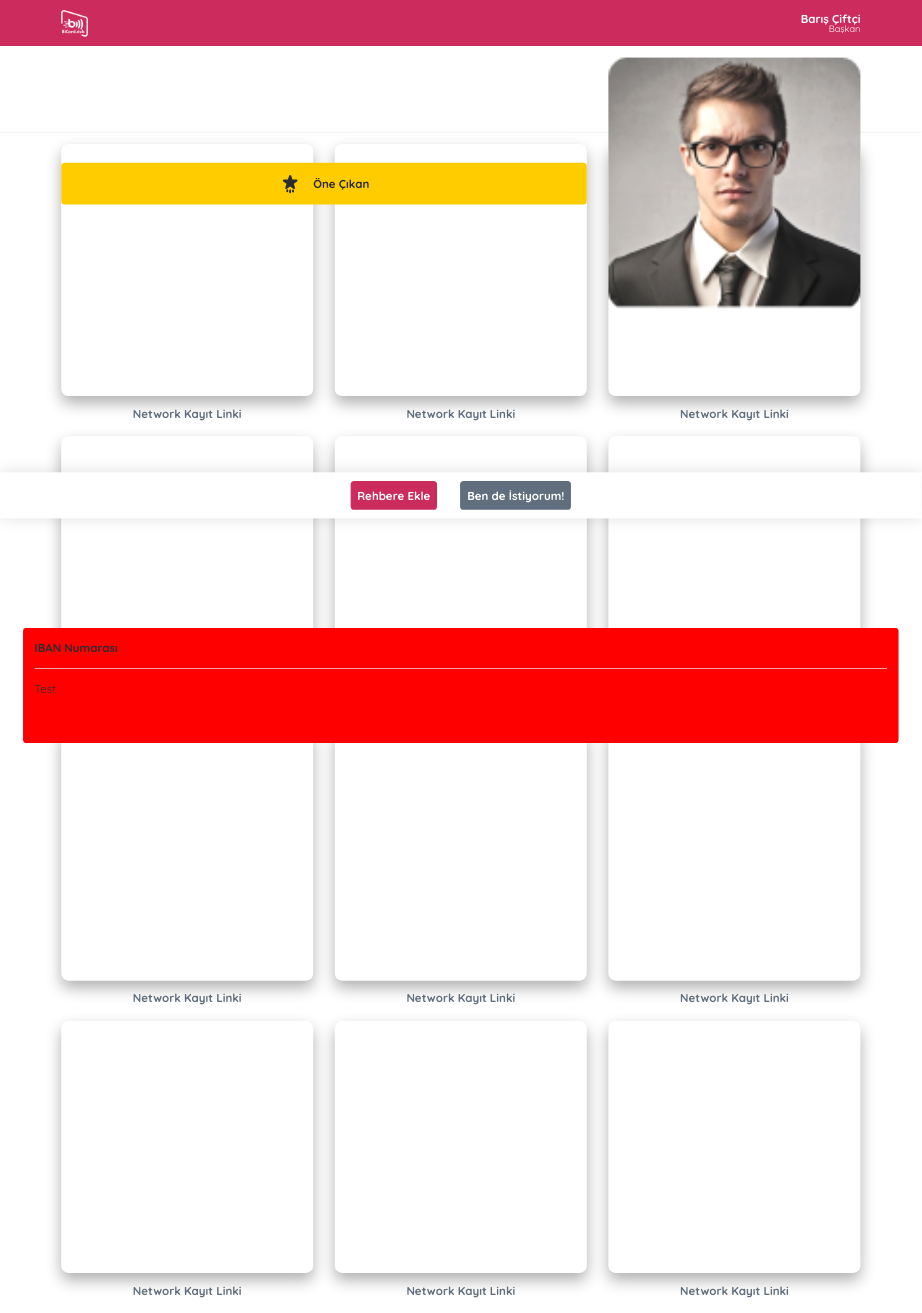
Repository: KayahanKahriman/bicard
Page: index.html
The author's editor kept a copy of each file at every save. The page is drawn from the files as they stood at one save, then again after the next save.
The browser window is 1280 px wide. The pictures show the whole page, at 72% of full size.
The style sheet was rebuilt from its Sass, Less or Tailwind sources for each picture, by a compiler version that may differ from the author's.

Above is the page before, as saved 2021-12-02 09:59:06.

### index.html
<!doctype html>
<html>

<head>
    <meta name="viewport" content="width=device-width, initial-scale=1, maximum-scale=1, user-scalable=no">
    <meta charset="utf-8" />
    <title>Title</title>
    <link rel="preconnect" href="https://fonts.googleapis.com">
    <link rel="preconnect" href="https://fonts.gstatic.com" crossorigin>
    <link href="https://fonts.googleapis.com/css2?family=Quicksand:wght@400;500;700&display=swap" rel="stylesheet">
    <link href="./assets/css/style.css" type="text/css" rel="stylesheet" />
</head>

<body>
    <header id="app-bar">
        <div class="container h-100">
            <div class="row h-100 align-items-center justify-content-between">
                <div class="col-1">
                    <img src="./assets/images/logo.png" alt="">
                </div>
                <div class="col-11">
                    <div id="app-bar-right">
                        <p id="person-name">Barış Çiftçi</p>
                        <p id="person-title">Başkan</p>
                    </div>
                </div>
            </div>
        </div>
    </header>

    <section id="profile" class="py-3">
        <div class="container">
            <div class="row align-items-center justify-content-center text-center">
                <div class="col-8">
                    <a href="#" class="button jumbo-button button-has-icon"><img src="./assets/images/ranking.svg" alt="">Öne Çıkan</a>
                </div>
                <div class="col-4">
                    <img class="img-contain" src="./assets/images/avatar.png" alt="">
                </div>
            </div>
        </div>
    </section>

    <section id="icon-grid" class="py-3">
        <div class="container">
            <div class="row">
                <div class="col-4 mb-4">
                    <div class="icon-grid-item" style="background-color: #ffffff;">
                        <div class="icon-grid-item-icon">
                            <a data-fancybox href="#test">
                                <img src="./assets/images/user-add.png" alt="">
                            </a>
                        </div>
                        <div class="icon-grid-item-title">
                            Network Kayıt Linki
                        </div>
                    </div>
                </div>
                <div class="col-4 mb-4">
                    <div class="icon-grid-item">
                        <div class="icon-grid-item-icon">
                            <a href="#">
                                <img src="./assets/images/user-add.png" alt="">
                            </a>
                        </div>
                        <div class="icon-grid-item-title">
                            Network Kayıt Linki
                        </div>
                    </div>
                </div>
                <div class="col-4 mb-4">
                    <div class="icon-grid-item">
                        <div class="icon-grid-item-icon">
                            <a href="#">
                                <img src="./assets/images/user-add.png" alt="">
                            </a>
                        </div>
                        <div class="icon-grid-item-title">
                            Network Kayıt Linki
                        </div>
                    </div>
                </div>
                <div class="col-4 mb-4">
                    <div class="icon-grid-item">
                        <div class="icon-grid-item-icon">
                            <a href="#">
                                <img src="./assets/images/user-add.png" alt="">
                            </a>
                        </div>
                        <div class="icon-grid-item-title">
                            Network Kayıt Linki
                        </div>
                    </div>
                </div>
                <div class="col-4 mb-4">
                    <div class="icon-grid-item">
                        <div class="icon-grid-item-icon">
                            <a href="#">
                                <img src="./assets/images/user-add.png" alt="">
                            </a>
                        </div>
                        <div class="icon-grid-item-title">
                            Network Kayıt Linki
                        </div>
                    </div>
                </div>
                <div class="col-4 mb-4">
                    <div class="icon-grid-item">
                        <div class="icon-grid-item-icon">
                            <a href="#">
                                <img src="./assets/images/user-add.png" alt="">
                            </a>
                        </div>
                        <div class="icon-grid-item-title">
                            Network Kayıt Linki
                        </div>
                    </div>
                </div>
                <div class="col-4 mb-4">
                    <div class="icon-grid-item">
                        <div class="icon-grid-item-icon">
                            <a href="#">
                                <img src="./assets/images/user-add.png" alt="">
                            </a>
                        </div>
                        <div class="icon-grid-item-title">
                            Network Kayıt Linki
                        </div>
                    </div>
                </div>
                <div class="col-4 mb-4">
                    <div class="icon-grid-item">
                        <div class="icon-grid-item-icon">
                            <a href="#">
                                <img src="./assets/images/user-add.png" alt="">
                            </a>
                        </div>
                        <div class="icon-grid-item-title">
                            Network Kayıt Linki
                        </div>
                    </div>
                </div>
                <div class="col-4 mb-4">
                    <div class="icon-grid-item">
                        <div class="icon-grid-item-icon">
                            <a href="#">
                                <img src="./assets/images/user-add.png" alt="">
                            </a>
                        </div>
                        <div class="icon-grid-item-title">
                            Network Kayıt Linki
                        </div>
                    </div>
                </div>
                <div class="col-4 mb-4">
                    <div class="icon-grid-item">
                        <div class="icon-grid-item-icon">
                            <a href="#">
                                <img src="./assets/images/user-add.png" alt="">
                            </a>
                        </div>
                        <div class="icon-grid-item-title">
                            Network Kayıt Linki
                        </div>
                    </div>
                </div>
                <div class="col-4 mb-4">
                    <div class="icon-grid-item">
                        <div class="icon-grid-item-icon">
                            <a href="#">
                                <img src="./assets/images/user-add.png" alt="">
                            </a>
                        </div>
                        <div class="icon-grid-item-title">
                            Network Kayıt Linki
                        </div>
                    </div>
                </div>
                <div class="col-4 mb-4">
                    <div class="icon-grid-item">
                        <div class="icon-grid-item-icon">
                            <a href="#">
                                <img src="./assets/images/user-add.png" alt="">
                            </a>
                        </div>
                        <div class="icon-grid-item-title">
                            Network Kayıt Linki
                        </div>
                    </div>
                </div>
            </div>
        </div>
    </section>

    <section id="fixed-buttons">
        <a class="button primary-button" href="#">Rehbere Ekle</a>
        <a class="button dark-button" href="#">Ben de İstiyorum!</a>
    </section>

    <section id="inline-content" class="hide-content">
        <div id="modal-title">
            <strong>IBAN Numarası</strong>
        </div>
        <div id="modal-content">
            Test
        </div>
    </section>

    <script src="https://unpkg.com/swiper/swiper-bundle.min.js"></script>
    <script type="text/javascript" src="assets/js/index.js"></script>
</body>

</html>

### assets/scss/style.scss
@import "main";

#app-bar {
  background-color: var(--primary-color);
  height: var(--app-bar-height);
  width: 100%;
  color: white;
  position: fixed;
  top: 0;
  left: 0;
  z-index: 3;

  #person-name,
  #person-title {
    line-height: 1;
    text-align: right;
    margin-bottom: 0;
  }

  #person-name {
    font-weight: 600;
  }

  #person-title {
    font-size: 0.8em;
  }
}

#profile {
  background-color: white;
  position: relative;
  top: var(--app-bar-height);
  position: sticky;
  width: 100%;
  height: var(--profile-height);
  border-bottom: 1px solid var(--border-color);
  z-index: 3;
}

#icon-grid {
  position: relative;
  top: var(--app-bar-height);
  height: calc(
    100vh - var(--app-bar-height) + var(--fixed-buttons-height) +
      var(--app-bar-height)
  );
}

#fixed-buttons {
  bottom: 0;
  left: 0;
  width: 100%;
  position: fixed;
  background-color: white;
  height: var(--fixed-buttons-height);
  z-index: 3;
  box-shadow: 0 0 20px #00000020;
  display: flex;
  align-items: center;
  justify-content: center;
  column-gap: 2em;
}

#inline-content {
  position: fixed;
  bottom: 0.5em;
  width: 95%;
  left: 50%;
  transform: translateX(-50%);
  border-radius: 5px;
  background-color: white;
  padding: 1em;
  height: 10em;
  z-index: 5;
  transition: all 0.3s ease-in-out;

  #modal-title {
    border-bottom: 1px solid var(--border-color);
    padding-bottom: 1em;
  }
  #modal-content {
    padding: 1em 0;
  }
}

/*------------------------------------*\
    RESPONSIVE
\*------------------------------------*/

@media only screen and (min-width: 320px) {
}

@media only screen and (min-width: 480px) {
}

@media only screen and (min-width: 768px) {
}

@media only screen and (min-width: 1024px) {
}

@media only screen and (min-width: 1140px) {
}

@media only screen and (min-width: 1280px) {
}

@media only screen and (-webkit-min-device-pixel-ratio: 1.5),
  only screen and (min-resolution: 144dpi) {
}

### assets/scss/flex-grid/_flexgrid.scss
@import "functions";
@import "variables";
@import "mixins";
@import "reboot";
@import "utilities";
@import "grid";

### assets/scss/flex-grid/_mixins.scss
// Toggles
//
// Used in conjunction with global variables to enable certain theme features.

// Vendor
@import "vendor/rfs";


// Utilities
@import "mixins/breakpoints";
@import "mixins/image";
@import "mixins/hover";
@import "mixins/deprecate";
@import "mixins/text-hide";
@import "mixins/text-truncate";
@import "mixins/text-emphasis";
@import "mixins/size";


// // Layout
@import "mixins/clearfix";
@import "mixins/grid-framework";
@import "mixins/grid";
@import "mixins/float";

### assets/scss/flex-grid/mixins/_image.scss
// Image Mixins
// - Responsive image
// - Retina image


// Responsive image
//
// Keep images from scaling beyond the width of their parents.

@mixin img-fluid {
  // Part 1: Set a maximum relative to the parent
  max-width: 100%;
  // Part 2: Override the height to auto, otherwise images will be stretched
  // when setting a width and height attribute on the img element.
  height: auto;
}


// Retina image
//
// Short retina mixin for setting background-image and -size.

@mixin img-retina($file-1x, $file-2x, $width-1x, $height-1x) {
  background-image: url($file-1x);

  // Autoprefixer takes care of adding -webkit-min-device-pixel-ratio and -o-min-device-pixel-ratio,
  // but doesn't convert dppx=>dpi.
  // There's no such thing as unprefixed min-device-pixel-ratio since it's nonstandard.
  // Compatibility info: https://caniuse.com/#feat=css-media-resolution
  @media only screen and (min-resolution: 192dpi), // IE9-11 don't support dppx
    only screen and (min-resolution: 2dppx) { // Standardized
    background-image: url($file-2x);
    background-size: $width-1x $height-1x;
  }
  @include deprecate("`img-retina()`", "v4.3.0", "v5");
}

### assets/scss/flex-grid/mixins/_hover.scss
// Hover mixin and `$enable-hover-media-query` are deprecated.
//
// Originally added during our alphas and maintained during betas, this mixin was
// designed to prevent `:hover` stickiness on iOS-an issue where hover styles
// would persist after initial touch.
//
// For backward compatibility, we've kept these mixins and updated them to
// always return their regular pseudo-classes instead of a shimmed media query.
//
// Issue: https://github.com/twbs/bootstrap/issues/25195

@mixin hover {
  &:hover { @content; }
}

@mixin hover-focus {
  &:hover,
  &:focus {
    @content;
  }
}

@mixin plain-hover-focus {
  &,
  &:hover,
  &:focus {
    @content;
  }
}

@mixin hover-focus-active {
  &:hover,
  &:focus,
  &:active {
    @content;
  }
}

### assets/scss/flex-grid/mixins/_grid-framework.scss
// Framework grid generation
//
// Used only by Bootstrap to generate the correct number of grid classes given
// any value of `$grid-columns`.

@mixin make-grid-columns($columns: $grid-columns, $gutter: $grid-gutter-width, $breakpoints: $grid-breakpoints) {
  // Common properties for all breakpoints
  %grid-column {
    position: relative;
    width: 100%;
    padding-right: $gutter / 2;
    padding-left: $gutter / 2;
  }

  @each $breakpoint in map-keys($breakpoints) {
    $infix: breakpoint-infix($breakpoint, $breakpoints);

    // Allow columns to stretch full width below their breakpoints
    @for $i from 1 through $columns {
      .col#{$infix}-#{$i} {
        @extend %grid-column;
      }
    }
    .col#{$infix},
    .col#{$infix}-auto {
      @extend %grid-column;
    }

    @include media-breakpoint-up($breakpoint, $breakpoints) {
      // Provide basic `.col-{bp}` classes for equal-width flexbox columns
      .col#{$infix} {
        flex-basis: 0;
        flex-grow: 1;
        max-width: 100%;
      }
      .col#{$infix}-auto {
        flex: 0 0 auto;
        width: auto;
        max-width: 100%; // Reset earlier grid tiers
      }

      @for $i from 1 through $columns {
        .col#{$infix}-#{$i} {
          @include make-col($i, $columns);
        }
      }

      .order#{$infix}-first { order: -1; }

      .order#{$infix}-last { order: $columns + 1; }

      @for $i from 0 through $columns {
        .order#{$infix}-#{$i} { order: $i; }
      }

      // `$columns - 1` because offsetting by the width of an entire row isn't possible
      @for $i from 0 through ($columns - 1) {
        @if not ($infix == "" and $i == 0) { // Avoid emitting useless .offset-0
          .offset#{$infix}-#{$i} {
            @include make-col-offset($i, $columns);
          }
        }
      }
    }
  }
}

### assets/scss/flex-grid/mixins/_grid.scss
/// Grid system
//
// Generate semantic grid columns with these mixins.

@mixin make-container($gutter: $grid-gutter-width) {
  width: 100%;
  padding-right: $gutter / 2;
  padding-left: $gutter / 2;
  margin-right: auto;
  margin-left: auto;
}


// For each breakpoint, define the maximum width of the container in a media query
@mixin make-container-max-widths($max-widths: $container-max-widths, $breakpoints: $grid-breakpoints) {
  @each $breakpoint, $container-max-width in $max-widths {
    @include media-breakpoint-up($breakpoint, $breakpoints) {
      max-width: $container-max-width;
    }
  }
}

@mixin make-row($gutter: $grid-gutter-width) {
  display: flex;
  flex-wrap: wrap;
  margin-right: -$gutter / 2;
  margin-left: -$gutter / 2;
}

@mixin make-col-ready($gutter: $grid-gutter-width) {
  position: relative;
  // Prevent columns from becoming too narrow when at smaller grid tiers by
  // always setting `width: 100%;`. This works because we use `flex` values
  // later on to override this initial width.
  width: 100%;
  padding-right: $gutter / 2;
  padding-left: $gutter / 2;
}

@mixin make-col($size, $columns: $grid-columns) {
  flex: 0 0 percentage($size / $columns);
  // Add a `max-width` to ensure content within each column does not blow out
  // the width of the column. Applies to IE10+ and Firefox. Chrome and Safari
  // do not appear to require this.
  max-width: percentage($size / $columns);
}

@mixin make-col-offset($size, $columns: $grid-columns) {
  $num: $size / $columns;
  margin-left: if($num == 0, 0, percentage($num));
}

### assets/scss/flex-grid/_utilities.scss
@import "utilities/align";
@import "utilities/clearfix";
@import "utilities/display";
@import "utilities/flex";
@import "utilities/float";
@import "utilities/position";
@import "utilities/text";
@import "utilities/spacing";
@import "utilities/sizing";

### assets/scss/flex-grid/utilities/_text.scss
// stylelint-disable declaration-no-important

//
// Text
//

.text-monospace { font-family: $font-family-monospace !important; }

// Alignment

.text-justify  { text-align: justify !important; }
.text-wrap     { white-space: normal !important; }
.text-nowrap   { white-space: nowrap !important; }
.text-truncate { @include text-truncate; }

// Responsive alignment

@each $breakpoint in map-keys($grid-breakpoints) {
  @include media-breakpoint-up($breakpoint) {
    $infix: breakpoint-infix($breakpoint, $grid-breakpoints);

    .text#{$infix}-left   { text-align: left !important; }
    .text#{$infix}-right  { text-align: right !important; }
    .text#{$infix}-center { text-align: center !important; }
  }
}

// Transformation

.text-lowercase  { text-transform: lowercase !important; }
.text-uppercase  { text-transform: uppercase !important; }
.text-capitalize { text-transform: capitalize !important; }

// Weight and italics

.font-weight-light   { font-weight: $font-weight-light !important; }
.font-weight-lighter { font-weight: $font-weight-lighter !important; }
.font-weight-normal  { font-weight: $font-weight-normal !important; }
.font-weight-bold    { font-weight: $font-weight-bold !important; }
.font-weight-bolder  { font-weight: $font-weight-bolder !important; }
.font-italic         { font-style: italic !important; }

// Contextual colors

.text-white { color: $white !important; }

@each $color, $value in $theme-colors {
  @include text-emphasis-variant(".text-#{$color}", $value);
}

.text-body { color: $body-color !important; }
.text-muted { color: $text-muted !important; }

.text-black-50 { color: rgba($black, .5) !important; }
.text-white-50 { color: rgba($white, .5) !important; }

// Misc

.text-hide {
  @include text-hide($ignore-warning: true);
}

.text-decoration-none { text-decoration: none !important; }

.text-break {
  word-break: break-word !important; // IE & < Edge 18
  overflow-wrap: break-word !important;
}

// Reset

.text-reset { color: inherit !important; }

### assets/scss/flex-grid/_grid.scss
// Container widths
//
// Set the container width, and override it for fixed navbars in media queries.

@if $enable-grid-classes {
  .container {
    @include make-container();
    @include make-container-max-widths();
  }
}

// Fluid container
//
// Utilizes the mixin meant for fixed width containers, but with 100% width for
// fluid, full width layouts.

@if $enable-grid-classes {
  .container-fluid {
    @include make-container();
  }
}

// Row
//
// Rows contain and clear the floats of your columns.

@if $enable-grid-classes {
  .row {
    @include make-row();
  }

  // Remove the negative margin from default .row, then the horizontal padding
  // from all immediate children columns (to prevent runaway style inheritance).
  .no-gutters {
    margin-right: 0;
    margin-left: 0;

    > .col,
    > [class*="col-"] {
      padding-right: 0;
      padding-left: 0;
    }
  }
}

// Columns
//
// Common styles for small and large grid columns

@if $enable-grid-classes {
  @include make-grid-columns();
}

### assets/scss/_vars.scss
:root {
  // Fonts
  --quicksand: "Quicksand", sans-serif;
  --primary-font: var(--quicksand);

  // Colors
  --primary-color: #cc2b5e;
  --darker-primary-color: #b12451;
  --secondary-color: #ffcc00;
  --darker-secondary-color: #d4aa00;
  --text-color: #292d32;
  --link-color: #292d32;
  --alt-text-color: #616e7d;
  --border-color: #eaeaea;
  --dark-color: #616e7d;

  // Sizes
  --app-bar-height: 4em;
  --profile-height: 7.5em;
  --fixed-buttons-height: 4em;
}

Loaded but not shown: assets/scss/flex-grid/vendor/_rfs.scss (common file); assets/scss/flex-grid/mixins/_deprecate.scss (common file); assets/scss/flex-grid/mixins/_text-hide.scss (common file); assets/scss/flex-grid/mixins/_text-truncate.scss (common file); assets/scss/flex-grid/mixins/_text-emphasis.scss (common file); assets/scss/flex-grid/mixins/_size.scss (common file); assets/scss/flex-grid/mixins/_clearfix.scss (common file); assets/scss/flex-grid/mixins/_float.scss (common file); assets/scss/flex-grid/utilities/_align.scss (common file); assets/scss/flex-grid/utilities/_clearfix.scss (common file); assets/scss/flex-grid/utilities/_display.scss (common file); assets/scss/flex-grid/utilities/_float.scss (common file); assets/scss/flex-grid/utilities/_position.scss (common file); assets/scss/flex-grid/utilities/_sizing.scss (common file); assets/js/index.js (31 lines, source omitted); assets/scss/flex-grid/_variables.scss (1123 lines, source omitted); assets/scss/flex-grid/_reboot.scss (483 lines, source omitted); assets/scss/flex-grid/mixins/_breakpoints.scss (123 lines, source omitted); assets/scss/flex-grid/utilities/_flex.scss (51 lines, source omitted); assets/scss/flex-grid/_functions.scss (86 lines, source omitted); assets/scss/_main.scss (157 lines, source omitted); assets/scss/flex-grid/utilities/_spacing.scss (73 lines, source omitted)

After the next save:
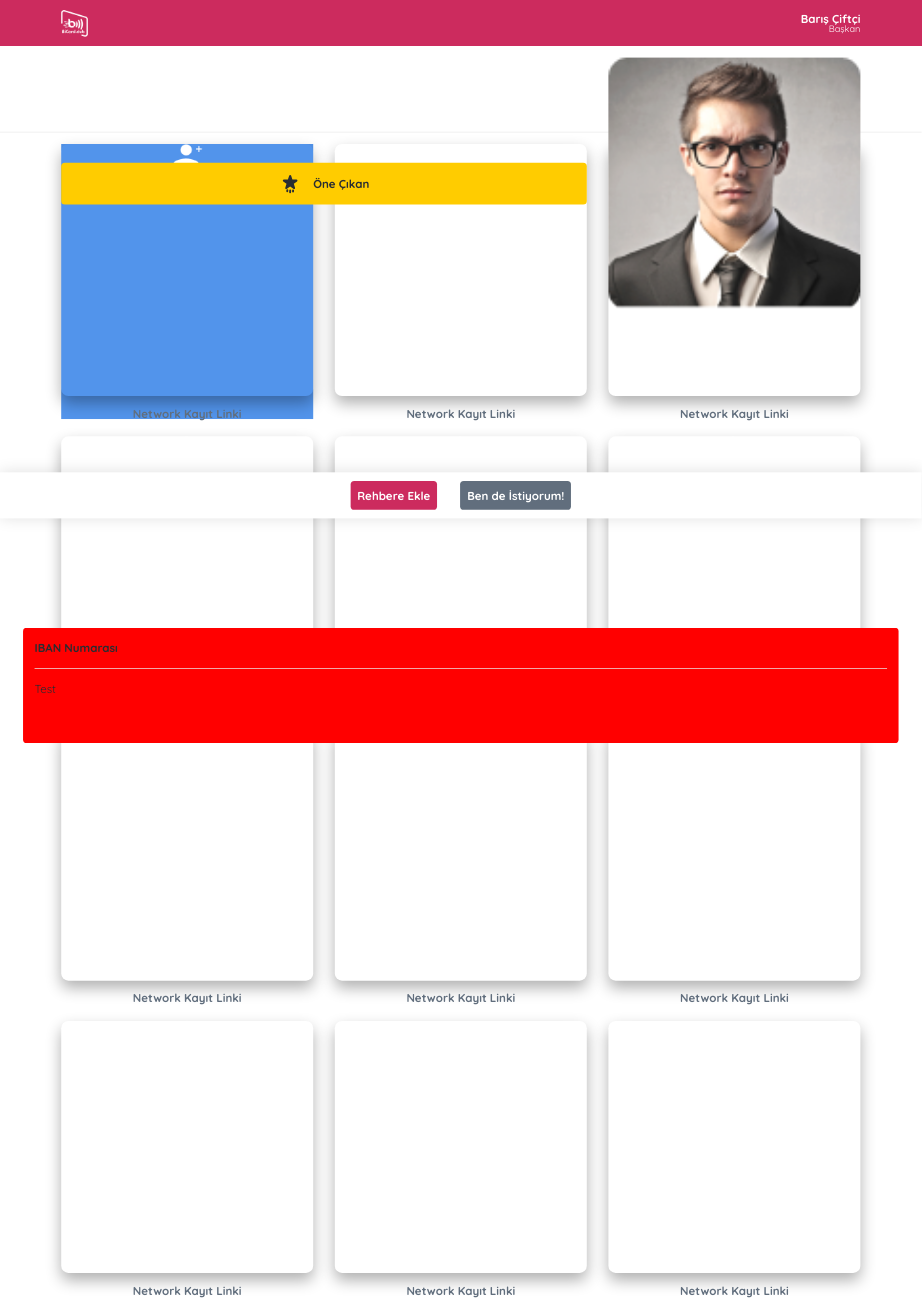
Saved 6 s later.
--- a/index.html
+++ b/index.html
@@ -45,7 +45,7 @@
         <div class="container">
             <div class="row">
                 <div class="col-4 mb-4">
-                    <div class="icon-grid-item" style="background-color: #ffffff;">
+                    <div class="icon-grid-item" style="background-color: #5294eb;">
                         <div class="icon-grid-item-icon">
                             <a data-fancybox href="#test">
                                 <img src="./assets/images/user-add.png" alt="">
